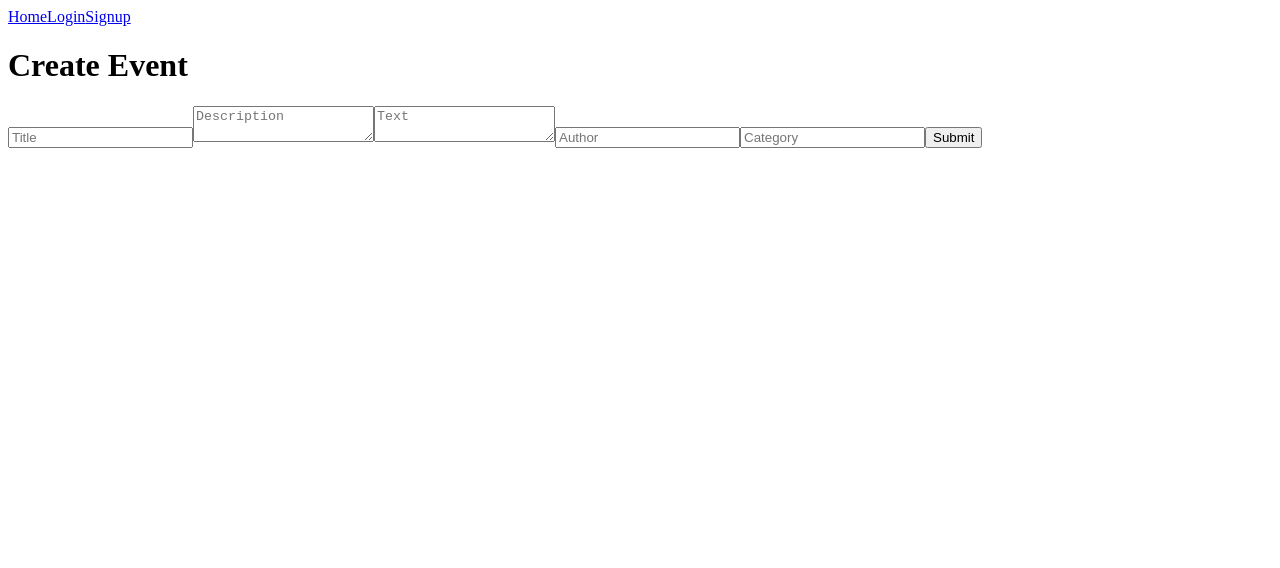
Repository: omarbougarne/frontend
Page: /create
These files come from the project's save history. The page is drawn as it stood at one moment and after the next save; the edit follows.
The browser window is 1280 px wide. The pictures show the whole page.
The project was rebuilt for these pictures with package versions that can differ from the ones it lists, and the page was loaded fresh each time. Also part of the build but not shown: vite.config.js, src/index.css, src/services/authService.jsx, src/components/common/InputField.jsx, src/components/common/Button.jsx, src/components/auth/LoginForm.jsx, src/pages/Login.jsx, src/components/auth/AuthForm.css and 7 more.

Above is the page before, as saved 2024-11-29 14:51:16.

### src/App.jsx
import React from 'react';
import { BrowserRouter as Router, Routes, Route } from 'react-router-dom';
import Navbar from './components/Common/Navbar';
import Login from './pages/Login';
import Signup from './pages/Signup';
import Home from './pages/Home';
import EventsPage from './pages/events/EventsPage';
import CreateEventPage from './pages/events/CreateEventPage';
import UpdateEventPage from './pages/events/UpdateEventPage';

const App = () => {
    return (
        <Router>
            <Navbar />
            <Routes>
                <Route path="/" element={<Home />} />
                <Route path="/login" element={<Login />} />
                <Route path="/signup" element={<Signup />} />
                <Route path="/eve" element={<EventsPage />} />
                <Route path="/create" element={<CreateEventPage />} />
                <Route path="/update/:id" element={<UpdateEventPage />} />
            </Routes>
        </Router>
    );
};

export default App;

### src/components/common/Navbar.jsx
import React from 'react';
import { Link, useNavigate } from 'react-router-dom';
// import './Navbar.css';

const Navbar = () => {
    const navigate = useNavigate();
    const token = localStorage.getItem('token');

    const handleLogout = () => {
        localStorage.removeItem('token');
        navigate('/login');
    };

    return (
        <nav className="navbar">
            <Link to="/">Home</Link>
            {token ? (
                <button onClick={handleLogout}>Logout</button>
            ) : (
                <>
                    <Link to="/login">Login</Link>
                    <Link to="/signup">Signup</Link>
                </>
            )}
        </nav>
    );
};

export default Navbar;

### src/pages/events/CreateEventPage.jsx
import React from 'react';
import EventForm from '../../components/events/EventForm';
import { createEvent } from '../../services/eventsService';

const CreateEventPage = () => {
    const handleCreate = async (formData) => {
        await createEvent(formData);
        alert('Event created successfully!');
    };

    return (
        <div>
            <h1>Create Event</h1>
            <EventForm onSubmit={handleCreate} />
        </div>
    );
};

export default CreateEventPage;

### src/components/events/EventForm.jsx
import React, { useState } from 'react';
import styles from './EventForm.module.css';

const EventForm = ({ onSubmit, initialData = {} }) => {
    const [formData, setFormData] = useState({
        title: initialData.title || '',
        description: initialData.description || '',
        text: initialData.text || '',
        author: initialData.author || '',
        category: initialData.category || '',
    });

    const handleChange = (e) => {
        const { name, value } = e.target;
        setFormData({ ...formData, [name]: value });
    };

    const handleSubmit = (e) => {
        e.preventDefault();
        onSubmit(formData);
    };

    return (
        <form onSubmit={handleSubmit} className={styles.className}>
            <input
                name="title"
                placeholder="Title"
                value={formData.title}
                onChange={handleChange}
            />
            <textarea
                name="description"
                placeholder="Description"
                value={formData.description}
                onChange={handleChange}
            />
            <textarea
                name="text"
                placeholder="Text"
                value={formData.text}
                onChange={handleChange}
            />
            <input
                name="author"
                placeholder="Author"
                value={formData.author}
                onChange={handleChange}
            />
            <input
                name="category"
                placeholder="Category"
                value={formData.category}
                onChange={handleChange}
            />
            <button type="submit">Submit</button>
        </form>
    );
};

export default EventForm;

### src/services/eventsService.jsx
import axios from 'axios';

const API_URL = 'http://localhost:5000/events';

export const getAllEvents = async () => {
    const response = await axios.get(API_URL);
    return response.data;
};

export const getEventById = async (id) => {
    const response = await axios.get(`${API_URL}/${id}`);
    return response.data;
};

export const populateEvent = async (id) => {
    const response = await axios.get(`${API_URL}/${id}/populate`);
    return response.data;
};

export const createEvent = async (eventData) => {
    const response = await axios.post(API_URL, eventData);
    return response.data;
};

export const updateEvent = async (id, eventData) => {
    const response = await axios.put(`${API_URL}/${id}`, eventData);
    return response.data;
};

export const deleteEvent = async (id) => {
    const response = await axios.delete(`${API_URL}/${id}`);
    return response.data;
};

### src/components/events/EventForm.module.css
/* Center the form */
.form {
    display: flex;
    flex-direction: column;
    align-items: center;
    justify-content: center;
    max-width: 600px;
    margin: 50px auto;
    padding: 20px;
    border: 1px solid #ddd;
    border-radius: 8px;
    background-color: #f9f9f9;
    box-shadow: 0 4px 6px rgba(0, 0, 0, 0.1);
}

/* Style inputs and textareas */
.form input,
.form textarea {
    width: 100%;
    margin-bottom: 15px;
    padding: 10px;
    border: 1px solid #ccc;
    border-radius: 4px;
    font-size: 16px;
    font-family: 'Arial', sans-serif;
    transition: border-color 0.3s ease;
}

/* Add focus effect to inputs */
.form input:focus,
.form textarea:focus {
    border-color: #007BFF;
    outline: none;
}

/* Style button */
.form button {
    width: 100%;
    padding: 10px 15px;
    background-color: #007BFF;
    color: white;
    font-size: 16px;
    font-weight: bold;
    border: none;
    border-radius: 4px;
    cursor: pointer;
    transition: background-color 0.3s ease;
}

/* Add hover effect to button */
.form button:hover {
    background-color: #0056b3;
}

/* Add responsiveness */
@media (max-width: 768px) {
    .form {
        width: 90%;
    }
}

@media (max-width: 480px) {
    .form input,
    .form textarea {
        font-size: 14px;
    }

    .form button {
        font-size: 14px;
    }
}

Loaded but not shown: index.html (common file); src/main.jsx (common file)

After the next save:
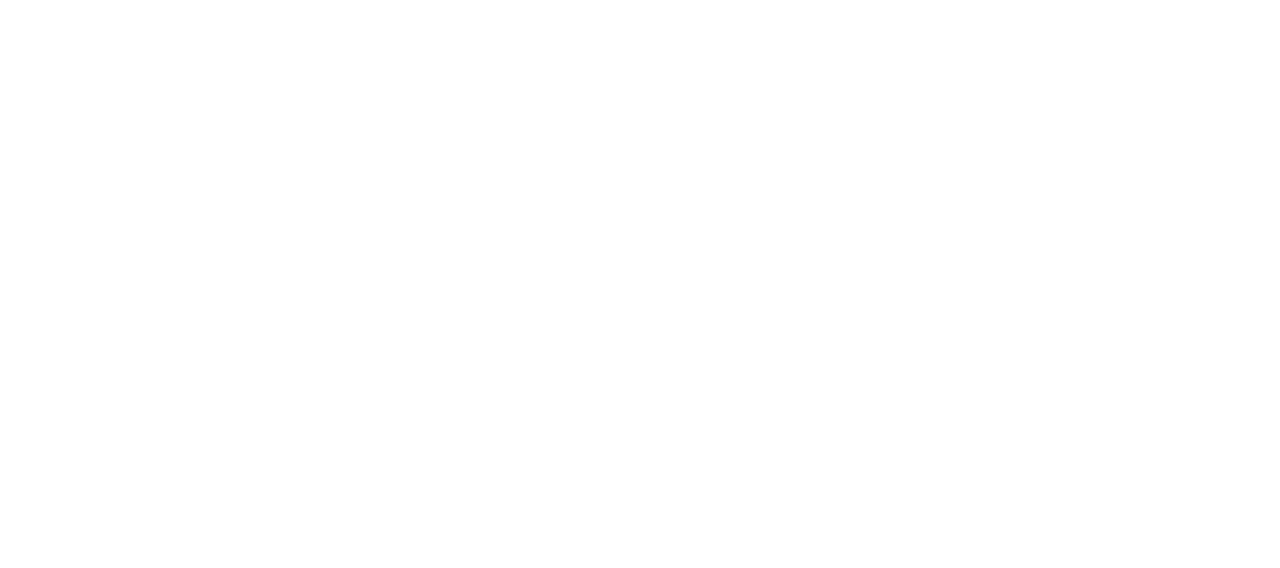
Console error: ReferenceError: classNames is not defined
Saved 89 s later.
--- a/src/components/events/EventForm.jsx
+++ b/src/components/events/EventForm.jsx
@@ -19,40 +19,56 @@
         e.preventDefault();
         onSubmit(formData);
     };
-
     return (
-        <form onSubmit={handleSubmit} className={styles.className}>
+        <form onSubmit={handleSubmit} className={styles.form}>
             <input
                 name="title"
                 placeholder="Title"
                 value={formData.title}
                 onChange={handleChange}
+                onFocus={() => handleFocus('title')}
+                onBlur={() => handleBlur('title')}
+                className={classNames(styles.input, { [styles.focused]: isFocused.title })}
             />
             <textarea
                 name="description"
                 placeholder="Description"
                 value={formData.description}
                 onChange={handleChange}
+                onFocus={() => handleFocus('description')}
+                onBlur={() => handleBlur('description')}
+                className={classNames(styles.textarea, { [styles.focused]: isFocused.description })}
             />
             <textarea
                 name="text"
                 placeholder="Text"
                 value={formData.text}
                 onChange={handleChange}
+                onFocus={() => handleFocus('text')}
+                onBlur={() => handleBlur('text')}
+                className={classNames(styles.textarea, { [styles.focused]: isFocused.text })}
             />
             <input
                 name="author"
                 placeholder="Author"
                 value={formData.author}
                 onChange={handleChange}
+                onFocus={() => handleFocus('author')}
+                onBlur={() => handleBlur('author')}
+                className={classNames(styles.input, { [styles.focused]: isFocused.author })}
             />
             <input
                 name="category"
                 placeholder="Category"
                 value={formData.category}
                 onChange={handleChange}
+                onFocus={() => handleFocus('category')}
+                onBlur={() => handleBlur('category')}
+                className={classNames(styles.input, { [styles.focused]: isFocused.category })}
             />
-            <button type="submit">Submit</button>
+            <button type="submit" className={styles.button}>
+                Submit
+            </button>
         </form>
     );
 };

After the save that followed:
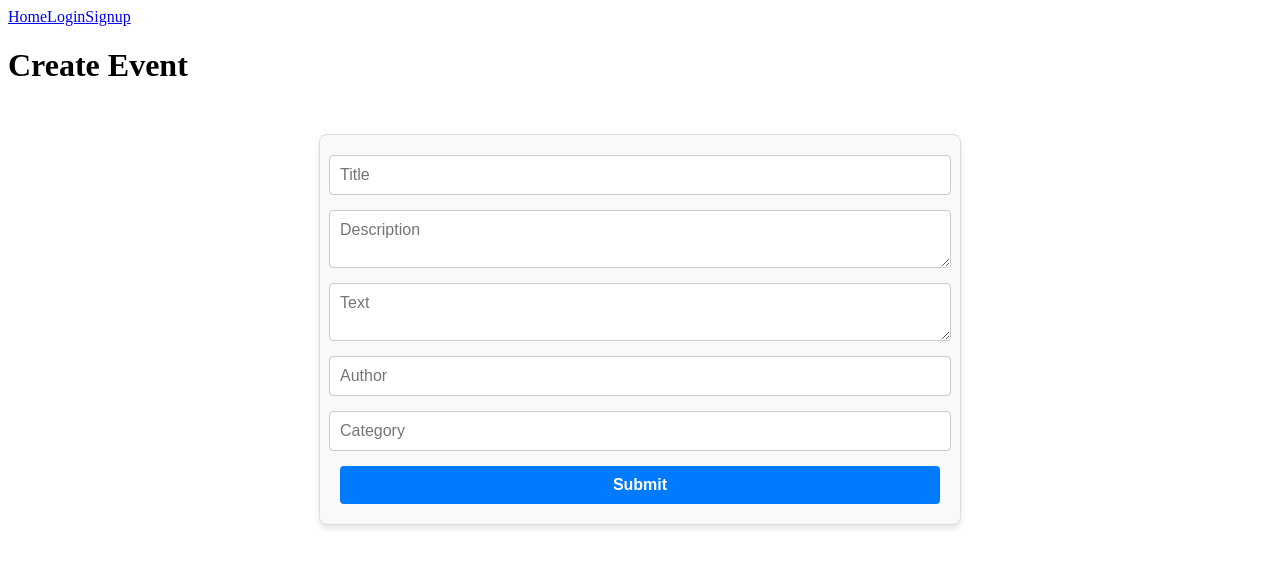
The error is gone.
Saved 13 s later.
--- a/src/components/events/EventForm.jsx
+++ b/src/components/events/EventForm.jsx
@@ -19,6 +19,7 @@
         e.preventDefault();
         onSubmit(formData);
     };
+
     return (
         <form onSubmit={handleSubmit} className={styles.form}>
             <input
@@ -26,49 +27,32 @@
                 placeholder="Title"
                 value={formData.title}
                 onChange={handleChange}
-                onFocus={() => handleFocus('title')}
-                onBlur={() => handleBlur('title')}
-                className={classNames(styles.input, { [styles.focused]: isFocused.title })}
             />
             <textarea
                 name="description"
                 placeholder="Description"
                 value={formData.description}
                 onChange={handleChange}
-                onFocus={() => handleFocus('description')}
-                onBlur={() => handleBlur('description')}
-                className={classNames(styles.textarea, { [styles.focused]: isFocused.description })}
             />
             <textarea
                 name="text"
                 placeholder="Text"
                 value={formData.text}
                 onChange={handleChange}
-                onFocus={() => handleFocus('text')}
-                onBlur={() => handleBlur('text')}
-                className={classNames(styles.textarea, { [styles.focused]: isFocused.text })}
             />
             <input
                 name="author"
                 placeholder="Author"
                 value={formData.author}
                 onChange={handleChange}
-                onFocus={() => handleFocus('author')}
-                onBlur={() => handleBlur('author')}
-                className={classNames(styles.input, { [styles.focused]: isFocused.author })}
             />
             <input
                 name="category"
                 placeholder="Category"
                 value={formData.category}
                 onChange={handleChange}
-                onFocus={() => handleFocus('category')}
-                onBlur={() => handleBlur('category')}
-                className={classNames(styles.input, { [styles.focused]: isFocused.category })}
             />
-            <button type="submit" className={styles.button}>
-                Submit
-            </button>
+            <button type="submit">Submit</button>
         </form>
     );
 };
